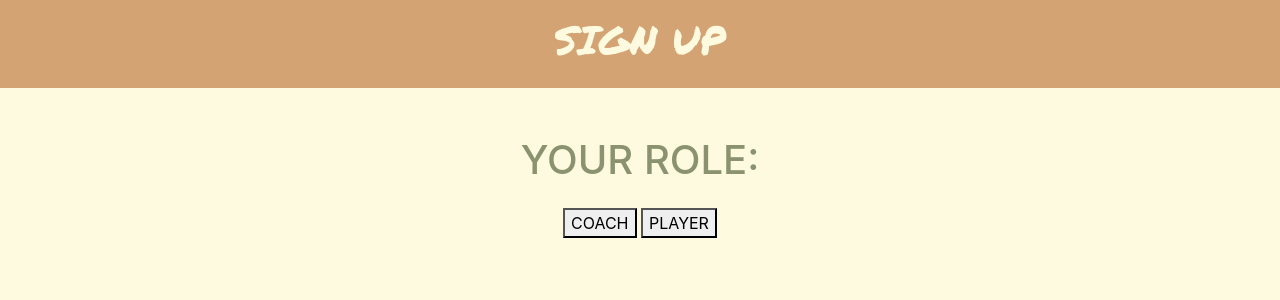
Repository: Aryaholmukhe/treasureHacks
Page: http://localhost/signup
The author's editor kept a copy of each file at every save. The page is drawn from the files as they stood at one save, then again after the next save.
The browser window is 1280 px wide. The pictures show the whole page.
The page is served by the project's Node server (server.js).

Above is the page before, as saved 2022-03-27 00:23:32.

After the next save:
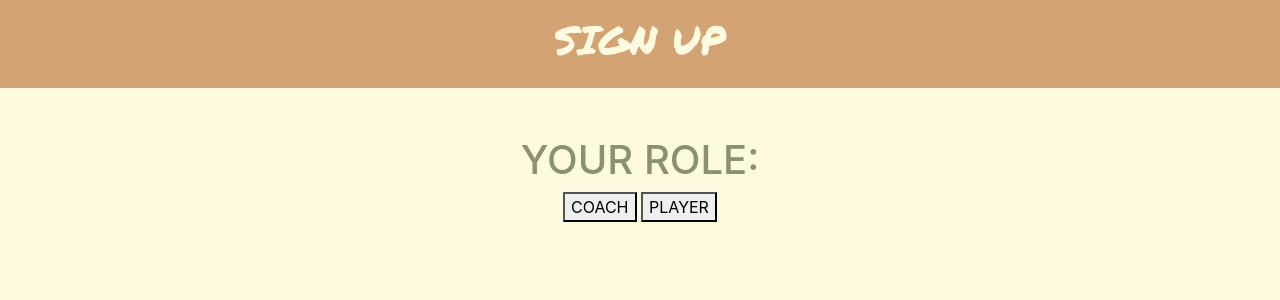
Saved 5 s later.
--- a/views/signup/signup.ejs
+++ b/views/signup/signup.ejs
@@ -19,7 +19,7 @@
 
     <h1 class="text-center mt-5" style="color: #8A926F">YOUR ROLE:</h1>
 
-    <div class=" mt-4 text-center">
+    <div class=" mt-1 text-center">
     <a href="./coach" ><button name="coach">COACH</button></a>
     <a  href="./player"><button name="player">PLAYER</button></a>
     </div>
